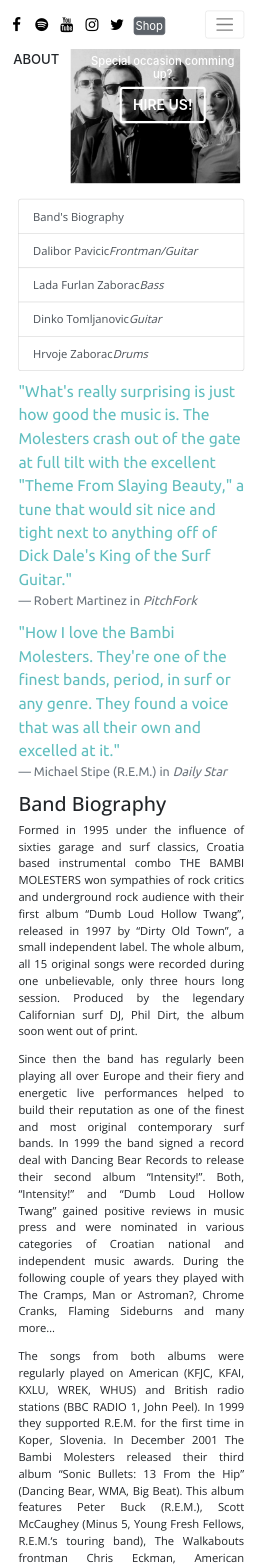
Repository: NamcorStudent/Stream_1_Project_HTML5-CSS3
Page: about.html
The author's editor kept a record of every edit. The page is drawn from the files as they stood at one moment, then again after the next edit.
The browser window is 375 px wide. The pictures show the part of the page from y = 0 to 2240 px (the page is 5514 px tall before and 5532 px after), at 70% of full size.
Some web libraries are served in a nearby version.

Above is the page before.

### about.html
<!DOCTYPE html>
<html lang="en">

<head>
    <meta charset="UTF-8">
    <meta name="viewport" content="width=device-width, initial-scale=1.0">
    <meta http-equiv="X-UA-Compatible" content="ie=edge">
    <link rel="stylesheet" href="https://maxcdn.bootstrapcdn.com/bootstrap/4.2.1/css/bootstrap.min.css" type="text/css" />
    <link rel="stylesheet" href="https://maxcdn.bootstrapcdn.com/font-awesome/4.7.0/css/font-awesome.min.css" type="text/css" />
    <link rel="stylesheet" href="assets/css/style.css" type="text/css" />
    <title>The Bambi Molesters | Official</title>
</head>

<body>
    <!--Alert for subscription-->
    <div class="container-fluid alert-container">
        <div class="row d-none d-sm-block no-gutters">
            <div class="col-12">
                <div class="alert alert-warning">
                    <strong>NEW feature is on!</strong> Weekly update on gigs, festivals and product with prizes to collect. <a href="#" data-toggle="modal" data-target="#subscribeModal">Click here to suscribe on Newsletter</a>
                </div>
            </div>
        </div>
    </div>
    <!--Social & Nav-->
    <div class="container-fluid nav-wrapper">
        <nav class="navbar navbar-light navbar-expand-sm">
            <div class="social-links mr-auto">
                <ul class="list-inline social-links">
                    <li class="list-inline-item">
                        <a target="_blank" href="https://www.facebook.com/pages/category/Musician-Band/The-Bambi-Molesters-10150106968535328/">
                            <i class="fa fa-facebook" aria-hidden="true"></i>
                            <span class="sr-only">Facebook</span>
                        </a>
                    </li>
                    <li class="list-inline-item">
                        <a target="_blank" href="https://open.spotify.com/artist/1dRGueaS4tR1zmizinwXbx">
                            <i class="fa fa-spotify" aria-hidden="true"></i>
                            <span class="sr-only">Spotify</span>
                        </a>
                    </li>
                    <li class="list-inline-item">
                        <a target="_blank" href="https://www.youtube.com/user/bambimolesters">
                            <i class="fa fa-youtube" aria-hidden="true"></i>
                            <span class="sr-only">YouTube</span>
                        </a>
                    </li>
                    <li class="list-inline-item">
                        <a target="_blank" href="https://www.instagram.com/explore/tags/bambimolesters/">
                            <i class="fa fa-instagram" aria-hidden="true"></i>
                            <span class="sr-only">Instagram</span>
                        </a>
                    </li>
                    <li class="list-inline-item">
                        <a target="_blank" href="https://twitter.com/bambimolesters?lang=en">
                            <i class="fa fa-twitter" aria-hidden="true"></i>
                            <span class="sr-only">Twitter</span>
                        </a>
                    </li>
                    <li class="list-inline-item">
                        <a target="_blank" href="https://www.discogs.com/artist/342698-The-Bambi-Molesters">
                            <button class="btn btn-dark" aria-hidden="true">Shop</button>
                            <span class="sr-only">Shop</span>
                        </a>
                    </li>
                </ul>
            </div>
            <!-- Collaps Nav-Same container as nav-->

            <button class="navbar-toggler" type="button" data-toggle="collapse" data-target="#navbarTogglerDropdown" aria-controls="navbarTogglerDemo02" aria-expanded="false" aria-label="Toggle navigation">
            <span class="navbar-toggler-icon"></span>
            </button>
            <div class="collapse navbar-collapse" id="navbarTogglerDropdown">
                <ul class="navbar-nav ml-auto">
                    <li class="nav-item mr-2"><a class="nav-link" href="index.html">Home</a></li>
                    <li class="active nav-item mr-2"><a class="nav-link" href="about.html">About</a></li>
                    <li class="nav-item dropdown mr-2">
                        <a class="nav-link dropdown-toggle" href="#" id="navbarDropdownMenuLink" role="button" data-toggle="dropdown" aria-haspopup="true" aria-expanded="false">
                          Media
                        </a>
                        <div class="dropdown-menu" aria-labelledby="navbarDropdownMenuLink">
                            <a class="dropdown-item" href="video.html">Video</a>
                            <a class="dropdown-item" href="music.html">Music</a>
                            <a class="dropdown-item" href="gallery.html">Gallery</a>
                        </div>
                    </li>
                    <li class="nav-item mr-2"><a class="nav-link" href="gigs.html">Gigs</a></li>
                    <li class="nav-item mr-2"><a class="nav-link" href="contact.html">Contact</a></li>
                    <li class="nav-item mr-2 d-block d-sm-none"><a class="nav-link btn btn-success" href="#" data-toggle="modal" data-target="#subscribeModal">Click to suscribe on Newsletter!!!</a></li>
                </ul>
            </div>
        </nav>
    </div>
    <!-- Callout & BG Image-->
    <div class="container-fluid callout-container">
        <div class="row">
            <div class="col-3 page-title">
                <h1><span>About</span></h1>
            </div>
            <div class="col-12 hero-image">
                <div class="row ">
                    <div class="col">
                        <div class="jumbotron text-center">
                            <h6 class="d-block d-sm-none">Special occasion comming up?</h6>
                            <p class="lead d-none d-sm-block">Get world's best surf band to make the groove..</p>
                            <p><button class="btn btn-lg btn-success btn-cta" data-toggle="modal" data-target="#signUpModal">Hire us!</button></p>
                        </div>
                    </div>
                </div>
                <a href="index.html"><img src="assets/images/about1024x814.jpg"></img></a>
            </div>
        </div>
    </div>


    <!--Content unique to the page-->
    <div class="conteiner-fluid page-content-container">
        <div class="row">
            <div class="col-sm-4" id="band-selection">
                <div class="list-group band-memebers">
                    <a href="#written-biography" class="list-group-item list-group-item-action">
                           Band's Biography</a>
                    <a href="#dalibor" class="list-group-item list-group-item-action">
                           Dalibor Pavicic<i>Frontman/Guitar</i></a>
                    <a href="#lada" class="list-group-item list-group-item-action">
                           Lada Furlan Zaborac<i>Bass</i></a>
                    <a href="#dinko" class="list-group-item list-group-item-action">
                           Dinko Tomljanovic<i>Guitar</i></a>
                    <a href="#hrvoje" class="list-group-item list-group-item-action">
                           Hrvoje Zaborac<i>Drums</i></a>
                </div>
                <div class="row quotes">
                    <div class="col">
                        <blockquote class="blockquote">
                            <p class="mb-0">"What's really surprising is just how good the music is. The Molesters crash out of the gate at full tilt with the excellent "Theme From Slaying Beauty," a tune that would sit nice and tight next to anything off of Dick Dale's
                                King of the Surf Guitar."</p>
                            <footer class="blockquote-footer">Robert Martinez in <cite title="Source Title">PitchFork</cite></footer>
                        </blockquote>
                        <blockquote class="blockquote">
                            <p class="mb-0">"How I love the Bambi Molesters. They're one of the finest bands, period, in surf or any genre. They found a voice that was all their own and excelled at it."</p>
                            <footer class="blockquote-footer">Michael Stipe (R.E.M.) in <cite title="Source Title">Daily Star</cite></footer>
                        </blockquote>
                        <blockquote class="blockquote d-none d-sm-block">
                            <p class="mb-0">"You really can't label greatness, or categorize awesomeness. There are too many things to say about the Bambi Molesters."</p>
                            <footer class="blockquote-footer">Bob Patino in <cite title="Source Title">Times New Roman</cite></footer>
                        </blockquote>
                        <blockquote class="blockquote d-none d-sm-block">
                            <p class="mb-0">"They did, and kept rising the bar for all others. Production on the masterpiece "As The Dark Wave Swells" was perfection, demonstrating how established and comfortable a band can be, with clear musical goals."</p>
                            <footer class="blockquote-footer">Robert Christgau in <cite title="Source Title">Rolling Stone</cite></footer>
                        </blockquote>
                        <blockquote class="blockquote d-none d-sm-block">
                            <p class="mb-0">"Dalibor setting most of the tone with confidence, while Dinko flies around him like some obsessed raptor. Innovative use of twin guitar lines, where lead and rhythm intersect in ways never heard before, changing roles, creating
                                incredible rich textures by use of contrast and tasteful orchestration. "</p>
                            <footer class="blockquote-footer">Eamon Dunphy in <cite title="Source Title">The Washington Post</cite></footer>
                        </blockquote>
                        <blockquote class="blockquote d-none d-sm-block">
                            <p class="mb-0">"The Bambi Molesters were one of these bands that demonstrated to me how there was "something different" about European modern instrumental bands, where the melodic content was so memorable and not a rehash of early 60s licks,
                                riffs and phrases."</p>
                            <footer class="blockquote-footer">Anne Midgette in <cite title="Source Title">Der Spiegel</cite></footer>
                        </blockquote>

                    </div>
                </div>
            </div>
            <div class="col-sm-8 band-bio-container" id="band-bio">
                <h3 id="written-biography">Band Biography</h3>
                <p>Formed in 1995 under the influence of sixties garage and surf classics, Croatia based instrumental combo THE BAMBI MOLESTERS won sympathies of rock critics and underground rock audience with their first album “Dumb Loud Hollow Twang”,
                    released in 1997 by “Dirty Old Town”, a small independent label. The whole album, all 15 original songs were recorded during one unbelievable, only three hours long session. Produced by the legendary Californian surf DJ, Phil Dirt,
                    the album soon went out of print.</p>
                <p>Since then the band has regularly been playing all over Europe and their fiery and energetic live performances helped to build their reputation as one of the finest and most original contemporary surf bands. In 1999 the band signed a record
                    deal with Dancing Bear Records to release their second album “Intensity!”. Both, “Intensity!” and “Dumb Loud Hollow Twang” gained positive reviews in music press and were nominated in various categories of Croatian national and independent
                    music awards. During the following couple of years they played with The Cramps, Man or Astroman?, Chrome Cranks, Flaming Sideburns and many more…</p>
                <p>The songs from both albums were regularly played on American (KFJC, KFAI, KXLU, WREK, WHUS) and British radio stations (BBC RADIO 1, John Peel). In 1999 they supported R.E.M. for the first time in Koper, Slovenia. In December 2001 The
                    Bambi Molesters released their third album “Sonic Bullets: 13 From the Hip” (Dancing Bear, WMA, Big Beat). This album features Peter Buck (R.E.M.), Scott McCaughey (Minus 5, Young Fresh Fellows, R.E.M.‘s touring band), The Walkabouts
                    frontman Chris Eckman, American singer/songwriter Terry Lee Hale and Speedo Martinez. The album gained excellent reviews in MOJO magazine, UNCUT magazine, Pitchforkmedia etc.</p>
                <p>In February 2002 The Bambi Molesters played at the New Zealand festival. One of the six shows they did in Wellington was recorded live and broadcasted by the New Zealand national radio.</p>
                <p>First eight months of the year 2003 were spent mostly on the road. They played Germany, Italy, Switzerland, Spain, Austria, Slovenia and Croatia, one of the shows being the Orange Blossom Special — Glitterhouse Records festival in Beverungen.
                    In July The Bambi Molesters supported R.E.M. on three shows of their European tour (Locarno/CH, Wien/A, Wiesbaden/D).</p>
                <p>Immediately after the touring stopped the band went to studio to re-record their first album, rearranging some of the songs, and adding bonus tracks. The so-called remake of their out-of-print album titled “Dumb Loud Hollow Twang – Deluxe”
                    was released in December 2003. A bonus DVD featuring documentary about the band, “The Bambi Molesters Backstage Pass”, that includes footage shot 1999-2003 (covering band’s different shows as well as Bambi Molesters’ R.E.M. support
                    act gigs) was exclusively added to this release.</p>
                <p>In January 2004 The Bambi Molesters joined forces with Walkabouts’ frontman Chris Eckman and formed “The Strange”. The band worked with Phil Brown (engineer and co-producer) in the Slovenian studio Metro in Ljubljana where they recorded
                    a collaboration album “Nights of Forgotten Films”, released in 2004. Upon release, in Summer 2004 a promo tour took place with special guest Scott McCaughey. Some of the recordings taken live during this tour can be heard on the second
                    The Strange release, “Comin’ Undone” EP, released at the end of the same year.</p>
                <p>In Spring and Autumn 2009 the band recorded new songs for the fourth studio album, “As the Dark Wave Swells”. Album was released at the begining of 2010. Highly acclaimed in the music press (Uncut, Q Magazine, Sunday Times, The Sun), the
                    album reaffirmed The Bambi Molesters as one of the most interesting modern instrumental rock combos. Two years of live shows followed, many of them done in the accompaniment of additional musicians (keyboards and brass section) which
                    instigated the idea of recording a live album and doing a concert movie.</p>
                <p>Latest release, a double live album “A Night in Zagreb” was released in December 2011. It consists of a double CD & DVD featuring the band’s first concert movie, a music “film noir” account of the show done in March the same year, directed
                    by Marc Littler.</p>
                <a href="#band-selection" class="d-none d-sm-block"><button type="button" class="btn btn-outline-secondary">Return to the top of the page!</button></a>
                <a href="about.html" class="d-sm-none"><button type="button" class="btn btn-outline-secondary">Return to the top of the page!</button></a>
                <h3 id="dalibor">Dalibor Pavicic</h3>
                <p>Music attracts him from small feet. His mother was a chemical technician, and his father worked at the refinery laboratory. He encouraged him to play music for him and he was no match against the environment in which he lived, unlike most
                    domestic rockers, rather than just the opposite - a window into a more colorful life. "I played a drum I did not have in primary school, so I hit the probes in a large empty detergent box. Then there was a lack of detergent, so when
                    I entered the bus, the old people were jealous because they were interested in where I bought it - says Dalibor. He has gone through various music genres, eventually falling in love with the surf instrument he has met with guitarist
                    Dinko.
                </p>
                <a href="#band-selection" class="d-none d-sm-block"><button type="button" class="btn btn-outline-secondary">Return to the top of the page!</button></a>
                <a href="about.html" class="d-sm-none"><button type="button" class="btn btn-outline-secondary">Return to the top of the page!</button></a>
                <h3 id="lada">Lada Furlan Zaborac</h3>
                <p>She was born in 1976 in Sisak where she lives and works. She graduated from Literature and English in Zagreb, a musician and translator. She has performed Jack Kerouac, Neil Younga and Orwell Animal Farm, and is the music scene of the
                    The Bambi Molesters bassist group and (since 2004) The Strange group.</p>
                <a href="#band-selection" class="d-none d-sm-block"><button type="button" class="btn btn-outline-secondary">Return to the top of the page!</button></a>
                <a href="about.html" class="d-sm-none"><button type="button" class="btn btn-outline-secondary">Return to the top of the page!</button></a>
                <h3 id="dinko">Dinko Tomljanovic</h3>
                <p>"Dinko was my neighbor, who then played some African music on a guitar, and when I first heard him, I could not believe how good he was. We first started as a vocal band, but when people told us they were instrumental better, I quit singing.
                    I believe we were different from other bands because of that and that helped, "says Dalibor.</p>
                <a href="#band-selection" class="d-none d-sm-block"><button type="button" class="btn btn-outline-secondary">Return to the top of the page!</button></a>
                <a href="about.html" class="d-sm-none"><button type="button" class="btn btn-outline-secondary">Return to the top of the page!</button></a>
                <h3 id="hrvoje">Hrvoje Zaborac</h3>
                <p>We played without bass and drum. But since Sisak is a small town, my friend sent me to a super drummer and so we came to Hrvoje. Lada, his girlfriend who finished the music school, then played the piano. We wondered if he wanted to try
                    us on bass and that's how they came up with Bambies - says Dalibor, who named the band Bambi Molesters for a laugh.</p>
                <a href="#band-selection" class="d-none d-sm-block"><button type="button" class="btn btn-outline-secondary">Return to the top of the page!</button></a>
                <a href="about.html" class="d-sm-none"><button type="button" class="btn btn-outline-secondary">Return to the top of the page!</button></a>
            </div>
        </div>
    </div>

    <!---Modal for subscription-->
    <div class="modal" tabindex="-1" role="dialog" id="subscribeModal">
        <div class="modal-dialog" role="document">
            <div class="modal-content">
                <div class="modal-header">
                    <h5 class="modal-title">Subscribe to New TBM Newsletter!</h5>
                    <button type="button" class="close" data-dismiss="modal" aria-label="Close">
          <span aria-hidden="true">&times;</span>
        </button>
                </div>
                <div class="modal-body">
                    <p>Updates on gigs, prizes and uniquie band products;)</p>
                    <hr>
                    <form>
                        <div class="form-group">
                            <label for="InputEmail">Email address</label>
                            <input type="email" class="form-control" id="InputEmail" aria-describedby="emailHelp" placeholder="Enter email">
                            <small id="emailHelp" class="form-text text-muted">We'll never share your email with anyone else.</small>
                        </div>
                        <div class="form-group">
                            <label for="VerifyEmail">Verefy Email address</label>
                            <input type="email" class="form-control" id="VerifyEmail" aria-describedby="VerifyEmail" placeholder="Verify email">
                            <small id="emailHelp" class="form-text text-muted">You may un-suscribe at any moment. Details in Confiramtion Email.</small>
                        </div>
                        <button type="submit" class="btn btn-success">Subscribe</button>
                    </form>
                </div>
            </div>
        </div>
    </div>

    <script src="https://code.jquery.com/jquery-3.3.1.slim.min.js" integrity="sha384-q8i/X+965DzO0rT7abK41JStQIAqVgRVzpbzo5smXKp4YfRvH+8abtTE1Pi6jizo" crossorigin="anonymous"></script>
    <script src="https://cdnjs.cloudflare.com/ajax/libs/popper.js/1.14.7/umd/popper.min.js" integrity="sha384-UO2eT0CpHqdSJQ6hJty5KVphtPhzWj9WO1clHTMGa3JDZwrnQq4sF86dIHNDz0W1" crossorigin="anonymous"></script>
    <script src="https://stackpath.bootstrapcdn.com/bootstrap/4.3.1/js/bootstrap.min.js" integrity="sha384-JjSmVgyd0p3pXB1rRibZUAYoIIy6OrQ6VrjIEaFf/nJGzIxFDsf4x0xIM+B07jRM" crossorigin="anonymous"></script>
</body>

</html>

### assets/css/style.css
@import url('https://fonts.googleapis.com/css?family=Open+Sans:100,200,300,400,500,600,700,800,900 | Ubuntu: 100,200,300,400,500,600,700,800,900');

/* ---------------------------------------GENERAL CONTENT */

/* Alert */

.alert-container {
    padding: 0;
    margin: 0;
    border: 0;
}

.alert-warning {
    margin: 0;
    padding: 5px 15px;
    color: #86733b;
    background-color: #ffd962;
    border-color: #ffd962;
}

/* Social */

.navbar .social-links li a i {
    margin: 0;
    width: 25px;
    height: 25px;
    padding: 12px 0;
    border-radius: 20%;
    line-height: 1px;
    text-align: center;
    vertical-align: center;
    color: #000;
    background: #fff;
    transition: all 0.35s ease-in-out;
    -moz-transition: all 0.35s ease-in-out;
    -webkit-transition: all 0.35s ease-in-out;
    -o-transition: all 0.35s ease-in-out;
}


.list-inline{
    margin: 0;
    font-size: 1.35rem;
}

.list-inline-item:not(:last-child) {
    margin-right: 1.1rem;
}

.btn-dark {
    color: #fff;
    background-color: #5c6269;
    border-color: #5c6269;
    padding: 0 2px;
    display: block;
}

/* Navigation */

.nav-wrapper{
    position: relative;
    top: 0;
    left: 0;
    padding-left: 0;
    padding-right: 0;
}

.nav {
    background-color: #fff;
}

.navbar{
    margin-bottom: 0;
    border: 0;
    width: 100%;
    background-color: #fff;
    padding-right: 7%;
    padding-left: 3%;
    height: 70px;

}

.navbar .navbar-nav a{
    padding: 0 30px;
}


/* Page title */

.row .page-title{
    position: absolute;
}

.offset-span{
    margin-left: 6.4vw;
}

.row .page-title h1{
    font-size: 5vw;
    margin-top: 1vw;
    margin-left: 1vw;
    text-transform: uppercase;
}

/* Jumbotron and Image */
.callout-container {
    /*height: 80vh;*/
    max-height: 450px;
    overflow: hidden;
}

.jumbotron,
.callout-container img {
    width: 70%;
    margin-left: 25%;
}

.hero-image {
    position: relative;
    left: 0;
}

.jumbotron{
    position: absolute;
    background-color: transparent;
    color: #fff;
    margin-left: 23vw;
    padding-top: 2vw;
}

.btn-cta{
    background-color: transparent;
    border: 3px solid #fff;
    text-transform: uppercase;
    font-weight: 600;
    transition: all 0.35s ease-in-out;
    -moz-transition: all 0.35s ease-in-out;
    -webkit-transition: all 0.35s ease-in-out;
    -o-transition: all 0.35s ease-in-out;
}

/* Hover */

.social-links li a i:hover{
    background-color: #000;
    color: #fff;
}

#navbarTogglerDropdown > ul > li:hover{
    font-weight: 500;
}

.btn-cta:hover,
.btn-cta:active,
.btn-cta:focus,
.btn-cta:active:focus {
    background-color: rgba(0,0,0,0.4);
    border-color: #ffd962 ;
    color: #ffd962;
}

/* Media Query for Moblie */

@media (max-width:575px){
#navbarTogglerDropdown {
    background-color: #fff;
    z-index: 1;
    width: 100vw;
    height: 100vh;
    text-align: center;
    text-transform: uppercase;
    }

.list-inline .social-links{
    font-size: 1.35rem;
    }

.social-links .list-inline .list-inline-item{
    margin-right: 0.3rem;
}

#navbarTogglerDropdown > ul > li{
    margin-top: 12%;
    font-size: 20px;
    letter-spacing: 4px;
    }

.quotes .blockquote{
    margin-top: 6vw;
    }
}

/* ------------------------------------ CONTENT UNIQUE TO PAGE */

.page-content-container{
    margin: 0 7%;
    font-family: "Open Sans", sans-serif;
    margin-top: 6vw;
}

.quotes{
    font-family: "ubuntu", sans-serif;
    color: #61bebf;
}

.quotes .blockquote{
    margin-top: 3vw;
    font-size: 1.40rem;
}

.btn-outline-secondary{
    margin-bottom: 3vw;
}

.band-bio-container{
    text-align: justify;
    }

After the next edit:
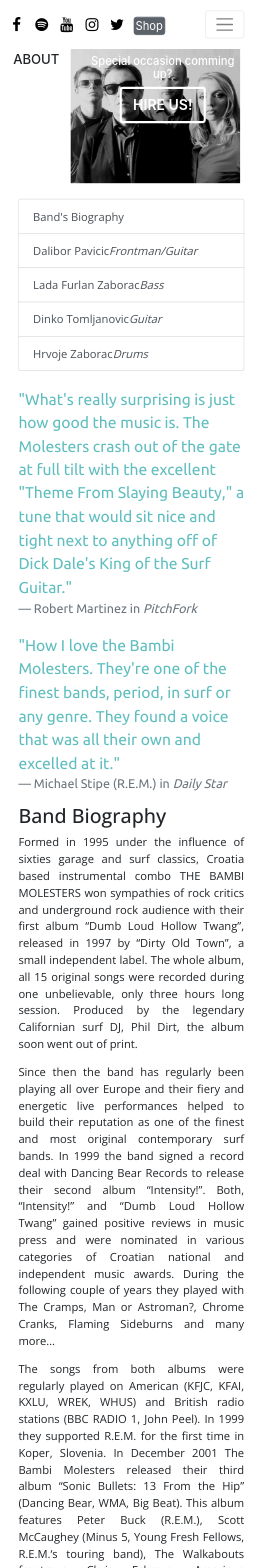
The edit:
--- a/assets/css/style.css
+++ b/assets/css/style.css
@@ -185,7 +185,7 @@
     letter-spacing: 4px;
     }
 
-.quotes .blockquote{
+.quotes .blockquote p{
     margin-top: 6vw;
     }
 }
